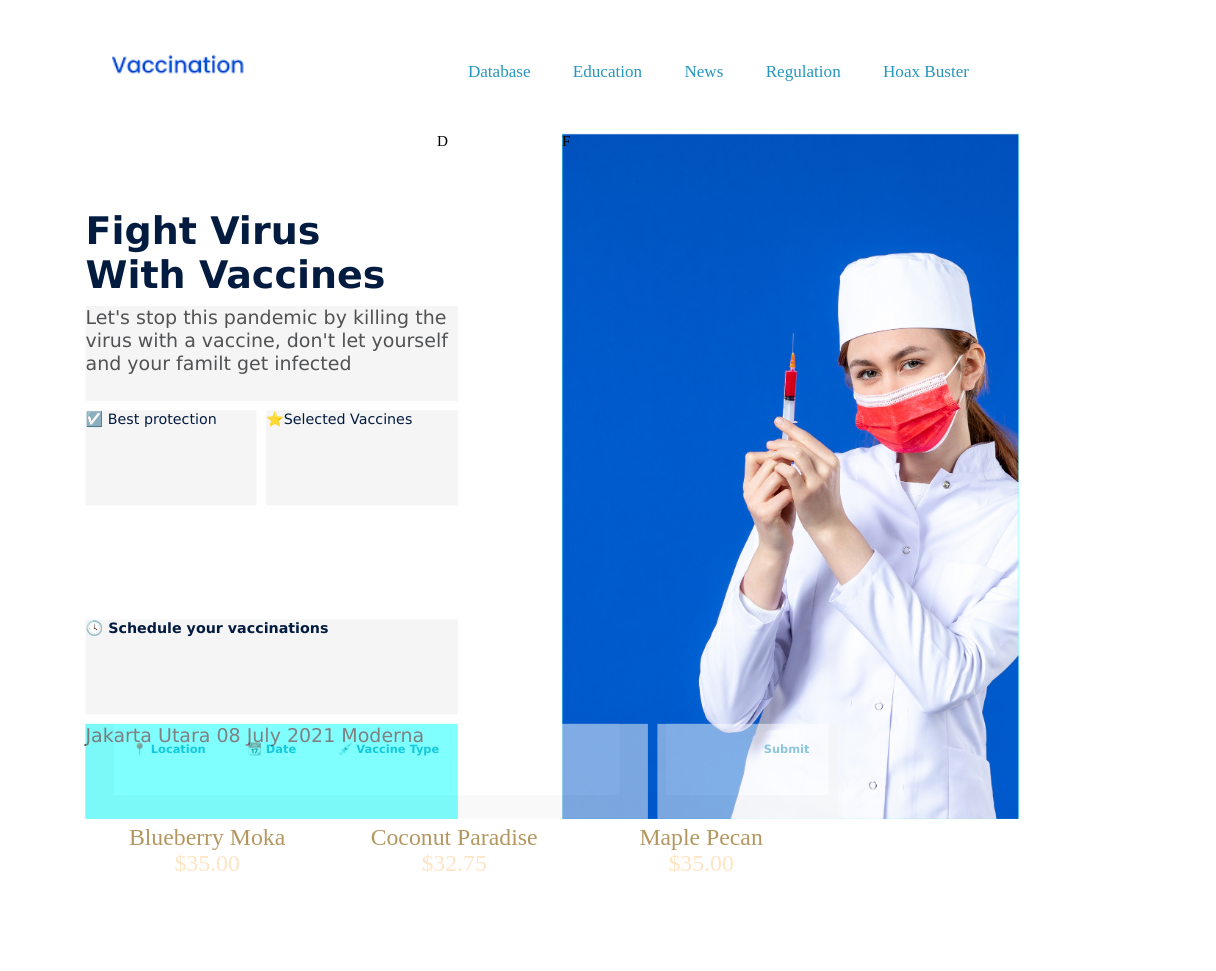
Repository: roge64/cssfrontend
Page: index.html
An editor plug-in stored every save of this project. The page is shown before and after the next save, followed by the edit.
The browser window is 1280 px wide. The pictures show the part of the page from y = 0 to 1022 px (the page is 2338 px tall before and 2448 px after), at 95% of full size.
A picture or video elsewhere on the page could not be fetched, so the positions and the page height are approximate.

Above is the page before, as saved 2022-03-10 17:43:06.

### index.html
<!DOCTYPE html>
<html lang="en">

<head>
    <meta charset="UTF-8">
    <meta http-equiv="X-UA-Compatible" content="IE=edge">
    <meta name="viewport" content="width=device-width, initial-scale=1.0">
    <title>3 Cakes</title>
    <link rel="stylesheet" href="estilos/estilos.css">


</head>

<body>

    <section id="container">

        <header>
            <!--             <p style="color:#b49760"> Only 3 cakes for 3 months, and then we change all! </p> -->

        </header>

    <section id="banner">

        <article id="banner1">

        </article>

        <article id="banner2">
            <ul class="menu">
                <li><a href="#home"></a>Database</li>
                <li><a href="#cakes"></a>Education</li>
                <li><a href="#decor"></a>News</li>
                <li><a href="#order"></a>Regulation</li>
                <li><a href="#admin"></a>Hoax Buster</li>
                <!-- <li><a href="#void"></a>   </li> -->
            </ul>
        </article>

    </section>


<!--     <section id="tienda">
        <article id="cake1"> </article>
        <article id="cake2"> </article>
        <div class="wrapper">
            <div class="box e">E</div>
            <div class="box f">F</div>
            <div class="box g">G</div>
            <div class="box h">H</div>
        </div>
    </section> -->

    <div class="wrapper">
        <div class="box d">D</div>
        <div class="box e" style="color:#041b40">Fight Virus With Vaccines</div>
        <div class="box f">F</div>
        <div class="box g" style="color:#515254"> Let's stop this pandemic by killing the virus with a vaccine, don't let yourself and your familt get infected</div>
        <div class="box h" style="color:#041b40">☑️ Best protection</div>
        <div class="box i" style="color:#041b40"> ⭐Selected Vaccines</div>
        <div class="box j" style="color:#041b40"> 🕓 Schedule your vaccinations</div>
        <div class="box k">Jakarta Utara 08 July 2021 Moderna</div>
        <article id="banner3">
            <ul class="menu">
                <li><a href="#home"></a>📍 Location</li>
                <li><a href="#cakes"></a>📆 Date</li>
                <li><a href="#decor"></a>💉 Vaccine Type</li>

            </ul>
        </article>
        <article id="banner4">
            <ul class="menu">
                <li><a href="#home"></a>Submit</li>
            </ul>
        </article>
    </div>

    <section id="names">
        <article id="name1">
            <p style="color:#b49760"> Blueberry Moka</p>
            <p style="color: bisque"> $35.00</p>
        </article>
        <article id="name2">
            <p style="color:#b49760"> Coconut Paradise</p>
            <p style="color: bisque"> $32.75</p>
        </article>
        <article id="name3">
            <p style="color:#b49760"> Maple Pecan</p>
            <p style="color: bisque"> $35.00</p>
        </article>
    </section>

    <section id="separador">


    </section>

    <section id="social">
        <article id="social1">
            <a href="#"><img src="img/instagram.png" alt="instagram"></a>
            <a href="#"><img src="img/facebook.png" alt="facebook"></a>
            <a href="#"><img src="img/youtube.png" alt="youtube"></a>
            <a href="#"><img src="img/twitter.png" alt="twitter"></a>
        </article>

        <article id="social2">
            <div id="lte_icons-2" class="widget widget_lte_icons">
                <h3 class="lte-header-widget " style="color:bisque"><span class="widget-icon"></span>Contact us
                </h3>
                <ul class="lte-social-icons-list">
                    <li>
                        <a href="#"><span class="lte-ic icon icon-phone-call"></span><span class="lte-header"
                                style="color:bisque">Phone:</span><span class="lte-txt" style="color:#b49760">+52
                                01-2345-6789<br> </span>
                        </a>
                    </li>
                    <li>
                        <a href="#"><span class="lte-ic icon icon-location"></span><span class="lte-header"
                                style="color:bisque">Our location:</span><span class="lte-txt" style="color:#b49760">975
                                FrontEnd Ave, NA 105048, Unknown</span>
                        </a>
                    </li>
                    <li>
                        <a href="#"><span class="lte-ic icon icon-mail"></span><span class="lte-header"
                                style="color:bisque">Email:</span><span class="lte-txt"
                                style="color:#b49760">3cakes@3cakes.com</span>
                        </a>
                    </li>
                    <li>
                        <a href="#">
                            <span class="lte-ic icon icon-mail"></span>
                            <span class="lte-header" style="color:bisque">Hours:</span>
                            <span class="lte-txt" style="color:#b49760">Monday - Friday: 10:00 - 20:00</span>
                            <br>
                            <span class="lte-txt" style="color:#b49760">Saturday -Sunday: 10:00 - 14:00</span>
                        </a>
                    </li>
                </ul>
            </div>

        </article>
    </section>


    <footer>
        <p style="color:#b49760"> Copyright &copy; 2021-<script>
                document.write(new Date().getFullYear())
            </script> Rogelio Valdés All Rights Reserved</p>
        <article id="footer1"></article>
    </footer>

    </section>

</body>

</html>

### estilos/estilos.css
*{
    border: 0 ;
    margin: 0 ;
    padding: 0;
/*     text-decoration: none; */
}

body{
/*     font-family: Geneva; */
    background-color: rgb(0, 0, 0);
    width:1100px;
    margin-left:auto;
    margin-right:auto;

    background-color:white;
/* background-image:
radial-gradient(circle at 100% 150%, black 24%, #101010 24%, #101010 28%, black 28%, black 36%, #101010 36%, #101010 40%, transparent 40%, transparent),
radial-gradient(circle at 0    150%, black 24%, #101010 24%, #101010 28%, black 28%, black 35%, #101010 36%, #101010 40%, transparent 40%, transparent),
radial-gradient(circle at 50%  100%, #101010 10%, black 10%, black 23%, #101010 23%, #101010 30%, black 30%, black 43%, #101010 43%, #101010 50%, black 50%, black 63%, #101010 63%, #101010 71%, transparent 71%, transparent),
radial-gradient(circle at 100% 50%, #101010 5%, black 5%, black 15%, #101010 15%, #101010 20%, black 20%, black 29%, #101010 29%, #101010 34%, black 34%, black 44%, #101010 44%, #101010 49%, transparent 49%, transparent),
radial-gradient(circle at 0    50%, #101010 5%, black 5%, black 15%, #101010 15%, #101010 20%, black 20%, black 29%, #101010 29%, #101010 34%, black 34%, black 44%, #101010 44%, #101010 48%, transparent 49%, transparent);
background-size: 50px 31px;
 */
}

.menu{
    list-style: none;
    padding: 0;
    background: white;
    width: 90%;
    height: 75px;
    max-width: 900px;
    margin: auto;
}

.menu li{
    text-decoration: none;
    color: #2596be;
    padding: 20px;
    display: block;
}

.menu li{
    display: inline-block;
    text-align: right;
}

.menu li:hover{
    background: #2747c5;
}


#container, header, #banner, #noticias, #marcas, footer, #social1{
    /* background-color:rgb(255, 255, 255); */
    background-color:white;
/* background-image:
radial-gradient(circle at 100% 150%, black 24%, #101010 24%, #101010 28%, black 28%, black 36%, #101010 36%, #101010 40%, transparent 40%, transparent),
radial-gradient(circle at 0    150%, black 24%, #101010 24%, #101010 28%, black 28%, black 35%, #101010 36%, #101010 40%, transparent 40%, transparent),
radial-gradient(circle at 50%  100%, #101010 10%, black 10%, black 23%, #101010 23%, #101010 30%, black 30%, black 43%, #101010 43%, #101010 50%, black 50%, black 63%, #101010 63%, #101010 71%, transparent 71%, transparent),
radial-gradient(circle at 100% 50%, #101010 5%, black 5%, black 15%, #101010 15%, #101010 20%, black 20%, black 29%, #101010 29%, #101010 34%, black 34%, black 44%, #101010 44%, #101010 49%, transparent 49%, transparent),
radial-gradient(circle at 0    50%, #101010 5%, black 5%, black 15%, #101010 15%, #101010 20%, black 20%, black 29%, #101010 29%, #101010 34%, black 34%, black 44%, #101010 44%, #101010 48%, transparent 49%, transparent);
background-size: 50px 31px;
 */
    height: 1500px;
    width: 1100px;

}

header{
/*     background-color:antiquewhite;
 */
    height: 40px;
    text-align: center;
    font-size: x-large;

}

#banner{
    background-color:white;
/*     background-color:rgb(25, 25, 25); */
    width: 1100px;
    height: 100px;


}


#noticias{
/*     background-color: antiquewhite;
 */
    height: 200px;
}

#tienda #names{
/*     background-color: grey; */
/* background-color:black;
background-image:
radial-gradient(circle at 100% 150%, black 24%, #101010 24%, #101010 28%, black 28%, black 36%, #101010 36%, #101010 40%, transparent 40%, transparent),
radial-gradient(circle at 0    150%, black 24%, #101010 24%, #101010 28%, black 28%, black 35%, #101010 36%, #101010 40%, transparent 40%, transparent),
radial-gradient(circle at 50%  100%, #101010 10%, black 10%, black 23%, #101010 23%, #101010 30%, black 30%, black 43%, #101010 43%, #101010 50%, black 50%, black 63%, #101010 63%, #101010 71%, transparent 71%, transparent),
radial-gradient(circle at 100% 50%, #101010 5%, black 5%, black 15%, #101010 15%, #101010 20%, black 20%, black 29%, #101010 29%, #101010 34%, black 34%, black 44%, #101010 44%, #101010 49%, transparent 49%, transparent),
radial-gradient(circle at 0    50%, #101010 5%, black 5%, black 15%, #101010 15%, #101010 20%, black 20%, black 29%, #101010 29%, #101010 34%, black 34%, black 44%, #101010 44%, #101010 48%, transparent 49%, transparent);
background-size: 50px 31px; */

    height: 300px;
    width: 1000px;
    padding-left: 10px;
    padding-right: 10px;
    padding-top: 5px;
    text-align: center;
}

#marcas{
/*     background-color:rgb(58, 41, 18); */
    height: 205px;
}


footer{
    width: 800px;
/*     background-color:rgb(0, 0, 0); */
    text-align: center;
    height: 25px;
    padding-top: 7px;

}


#banner #banner1{
/*     background-color: rgb(180, 134, 73); */
    width: 170px;
    height: 50px;
    float: left;
    text-align: center;
/*     display: inline-block; */
    margin: 5px 5px;
    background-image: url("../img/logo1.png");
    background-repeat: no-repeat;
    background-size: cover;
}

#banner #banner2{
/*     background-color: rgb(180, 134, 73); */
    width: 750px;
    height: 100px;
    float: right;
/*     display: inline-block; */
    /* vertical-align: center;  */
    margin: 5px 5px;
    font-size: 18px;
}

#noticias #news1{
/*     background-color: rgb(41, 38, 34); */
    font-size: 50px;

    text-align: center;
    width: 790px;
    height: 200px;
    display: inline-block;
    vertical-align: center;
    margin: 5px 5px;

}


#tienda #cake1{
    background: rgb(109, 175, 33);
    width: 480px;
    height: 485px;
    display: inline-block;
    vertical-align: top;
    margin: 5px 8px;

}

#tienda #cake2{
    background: cornflowerblue;
    width: 450px;
    height: 585px;
    display: inline-block;
    vertical-align: top;
    margin: 5px 70px;
    background-image: url("../img/picx1.png");
    background-repeat: no-repeat;
    background-size: cover;
}

/* #tienda #cake3{
    background: rgb(175, 169, 112);
    width: 240px;
    height: 285px;
    display: inline-block;
    vertical-align: top;
    margin: 5px 5px;
} */

#names #name1{
    font-size: 25px;
    text-align: center;
    width: 240px;
    height: 60px;
    display: inline-block;
    vertical-align: top;
    margin: 5px 8px;
}

#names #name2{
    font-size: 25px;
    text-align: center;
    width: 240px;
    height: 60px;
    display: inline-block;
    vertical-align: top;
    margin: 5px 8px;
}

#names #name3{
    font-size: 25px;
    text-align: center;
    width: 240px;
    height: 60px;
    display: inline-block;
    vertical-align: top;
    margin: 5px 8px;
}

#social #social1{
    text-decoration: none;
/*     background: rgb(109, 175, 33); */
    width: 375px;
    height: 150px;
    display: inline-block;
    vertical-align: center;
    margin: 10px 12px;
}

#social #social2{
    text-decoration: none;
/*     background: rgb(109, 175, 33); */
    width: 375px;
    height: 150px;
    display: inline-block;
    vertical-align: center;
    margin: 10px 10px;
}

#social #social1 {
    color: rgb(175, 169, 112);


}

#separador {
        width: 800px;
        text-align: center;
        height: 100px;

}

.wrapper {
    display: grid;
    grid-template-columns: repeat(1, 1fr);
    gap: 10px;
    grid-auto-rows: minmax(100px, auto);
  }


  .e {
    grid-column: 1 / 38;
    grid-row: 1 / 2;
    margin-top: 80px;
    background-color:white;
    font-family:Verdana, Geneva, Tahoma, sans-serif;
    font-size: 40px;
    font-weight: 600;
    font-stretch: expanded;
  }
  .f {
    grid-column: 50 / 99;
    grid-row: 1 / 7;
    background-color:aqua;
    background-image: url("../img/picx1.png");
    background-repeat: no-repeat;
    background-size: cover;

  }
  .g {
    grid-column: 1 / 40;
    grid-row: 2 / 3;
    margin-top: 20;
    background-color:whitesmoke;
    font-family:Verdana, Geneva, Tahoma, sans-serif;
    font-size: 20px;
    font-weight: 500;
    font-stretch: expanded;
  }
  .h {
    grid-column: 1 / 20;
    grid-row: 3 / 3;
    background-color:whitesmoke;
    font-family:Verdana, Geneva, Tahoma, sans-serif;
    font-size: 15px;
    font-weight: 200;
    font-stretch: expanded;
  }
  .i {
    grid-column: 20 / 40;
    grid-row: 3 / 3;
    background-color:whitesmoke;
    font-family:Verdana, Geneva, Tahoma, sans-serif;
    font-size: 15px;
    font-weight: 200;
    font-stretch: expanded;
  }
  .j {
    grid-column: 1 / 40;
    grid-row: 5 / 5;
    background-color:whitesmoke;
    font-family:Verdana, Geneva, Tahoma, sans-serif;
    font-size: 15px;
    font-weight: 600;
    font-stretch: expanded;
  }
  .k {
    grid-column: 1 / 40;
    grid-row: 6 / 7;
    margin-top: ;
    background-color:cyan;
    font-family:Verdana, Geneva, Tahoma, sans-serif;
    font-size: 20px;
    font-weight: 500;
    font-stretch: expanded;
  }

  #banner3 {
    grid-column: 1 / 60;
    grid-row: 6 / 6;
    background-color:whitesmoke;
    font-family:Verdana, Geneva, Tahoma, sans-serif;
    font-size: 12px;
    font-weight: 600;
    font-stretch: expanded;
    opacity: .5;
  }

  #banner4 {
    grid-column: 60 / 80;
    grid-row: 6 / 6;
    background-color:whitesmoke;
    font-family:Verdana, Geneva, Tahoma, sans-serif;
    font-size: 12px;
    font-weight: 600;
    font-stretch: expanded;
    text-align: right;
    opacity: .5;
  }

  .#banner4 :hover{
    background: #2747c5;
}

After the next save:
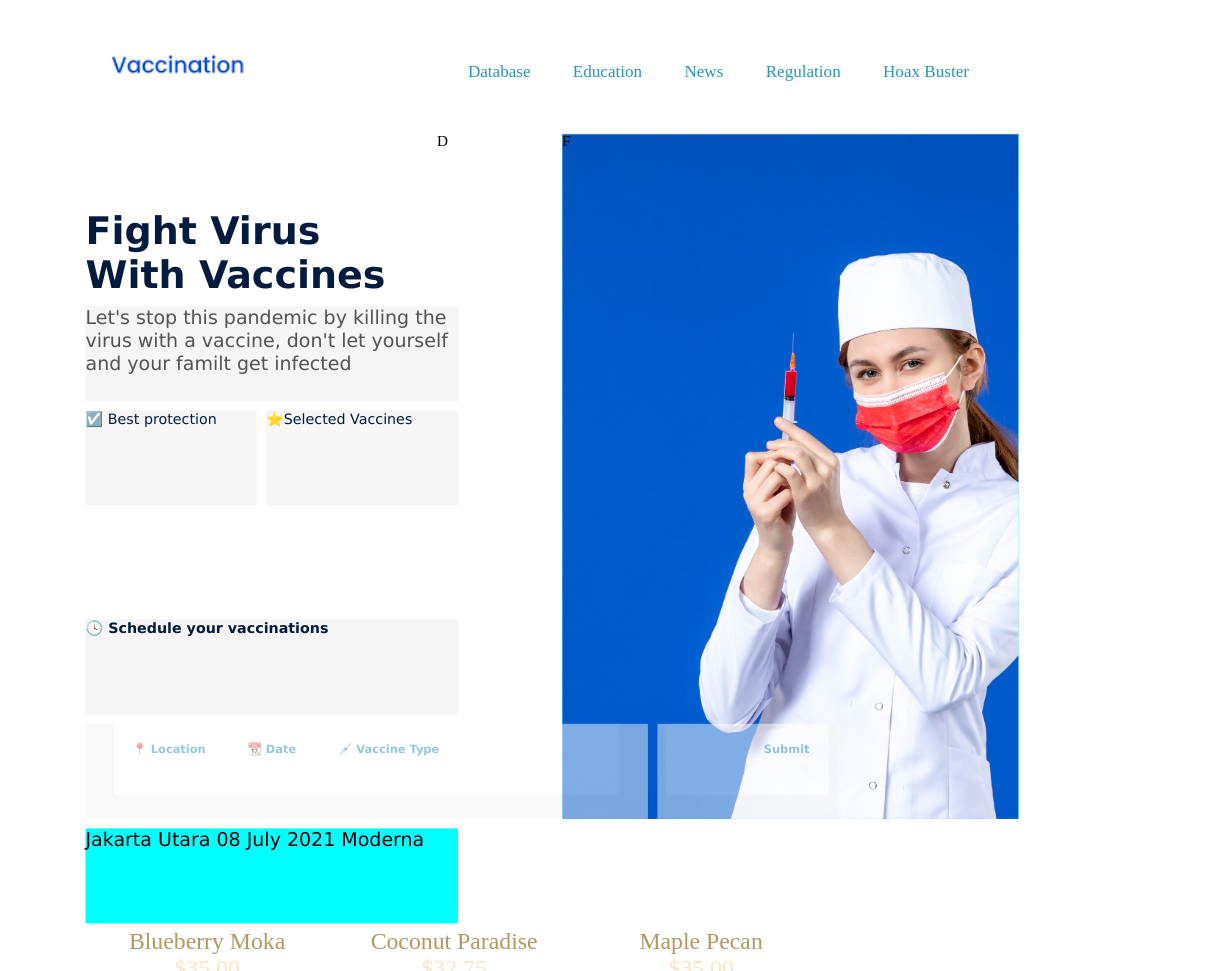
Saved 5 s later.
--- a/estilos/estilos.css
+++ b/estilos/estilos.css
@@ -324,7 +324,7 @@
   }
   .k {
     grid-column: 1 / 40;
-    grid-row: 6 / 7;
+    grid-row: 7 / 7;
     margin-top: ;
     background-color:cyan;
     font-family:Verdana, Geneva, Tahoma, sans-serif;
